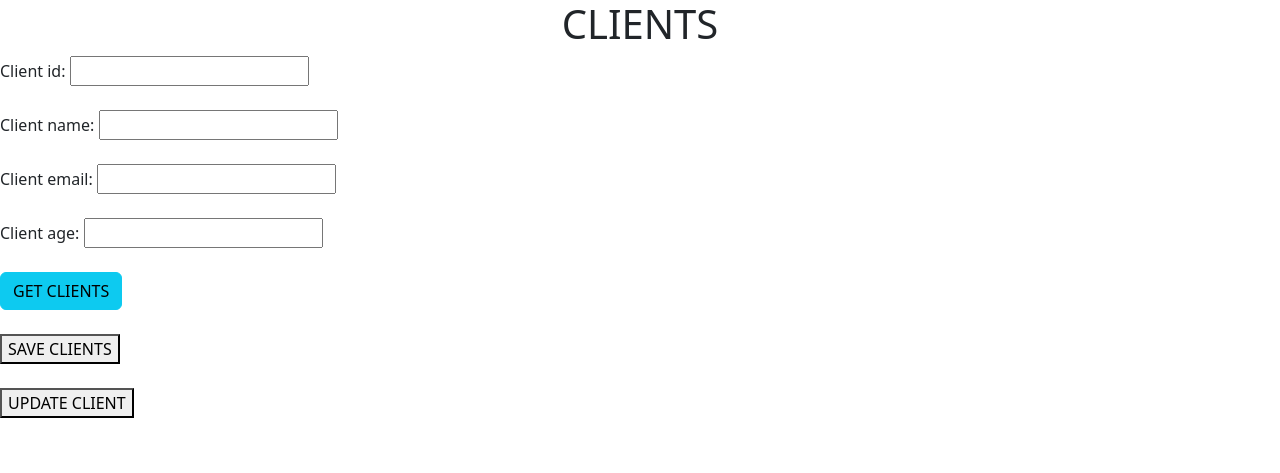
Repository: almendezl/MisionTIC
Page: index.html
An editor plug-in stored every save of this project. The page is shown before and after the next save, followed by the edit.
The browser window is 1280 px wide. The pictures show the whole page.

Above is the page before, as saved 2022-10-01 21:24:19.

After the next save:
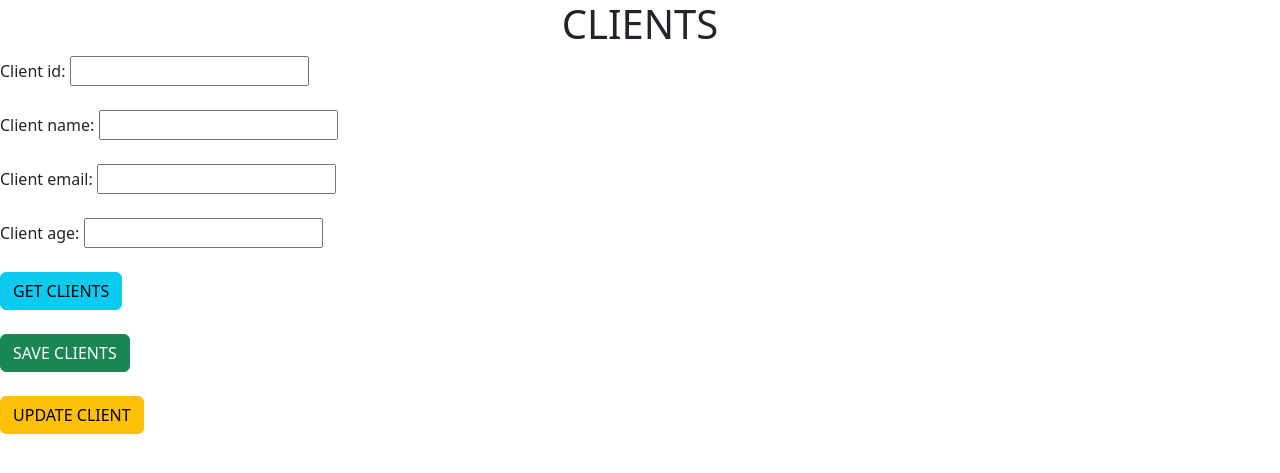
Saved 42 s later.
--- a/index.html
+++ b/index.html
@@ -23,9 +23,9 @@
 
     <button class="btn btn-info" onclick="getClients()">GET CLIENTS</button><br><br>
 
-    <button onclick="setClient()">SAVE CLIENTS</button><br><br>
+    <button class="btn btn-success" onclick="setClient()">SAVE CLIENTS</button><br><br>
 
-    <button onclick="updateClient()">UPDATE CLIENT</button><br><br>
+    <button class="btn btn-warning" onclick="updateClient()">UPDATE CLIENT</button><br><br>
 
     <div id="clientsList">
 
